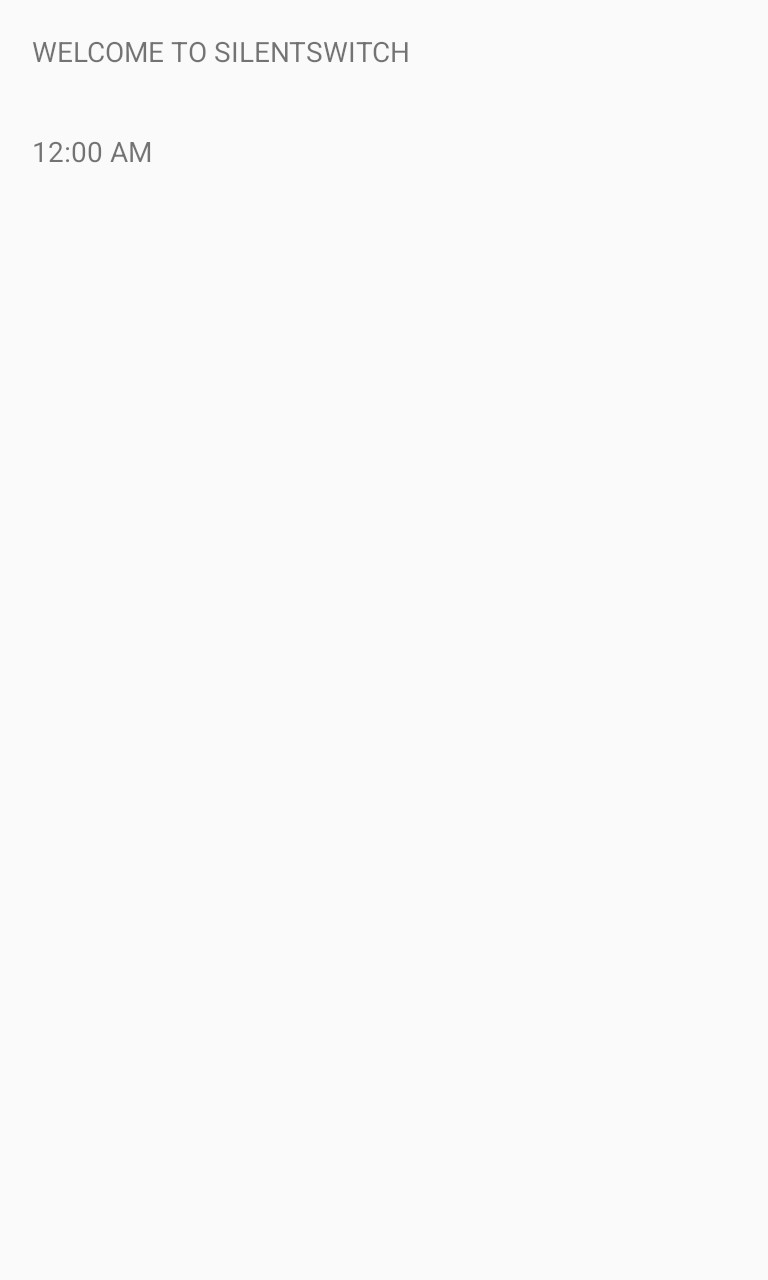
Repository: karakor/SilentSwitch2
Layout: SilentSwitch/res/layout/activity_alarm.xml
An editor plug-in stored every save of this project. The layout is shown before and after the next save, followed by the edit.
It is drawn on a 768 x 1280 px phone screen (xhdpi) without system bars, with theme AppTheme; the app's code is not run.

Above is the layout before, as saved 2015-03-02 10:41:37.

After the next save:
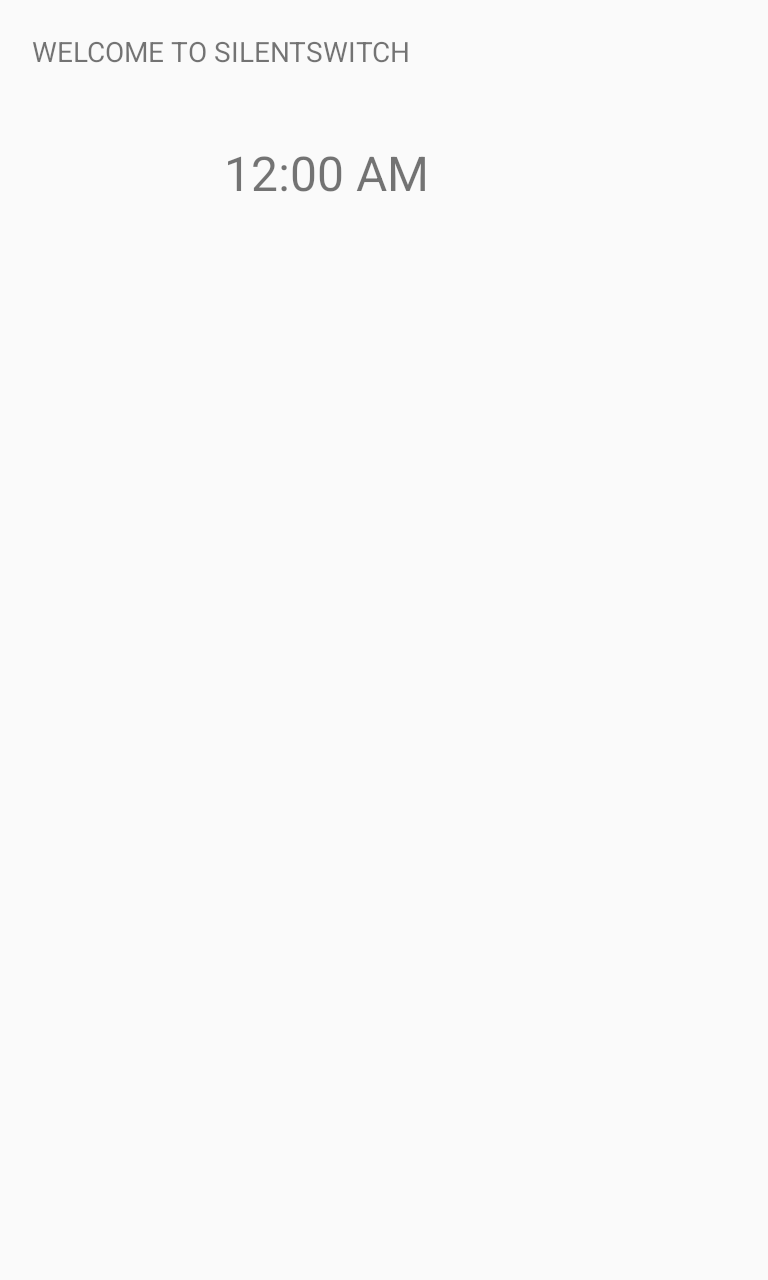
Saved 74 s later.
--- a/SilentSwitch/res/layout/activity_alarm.xml
+++ b/SilentSwitch/res/layout/activity_alarm.xml
@@ -18,12 +18,11 @@
         android:id="@+id/digitalClock1"
         android:layout_width="wrap_content"
         android:layout_height="wrap_content"
-        android:layout_alignRight="@+id/textView1"
         android:layout_below="@+id/textView1"
-        android:layout_marginRight="38dp"
-        android:layout_marginTop="31dp"
-        android:height="55dp"
-        android:width="160dp"
-        android:text="@string/digital_clc" />
+        android:layout_centerHorizontal="true"
+        android:layout_marginTop="35dp"
+        android:text="@string/digital_clc"
+        android:textSize="24sp"
+        android:width="160dp" />
 
 </RelativeLayout>
